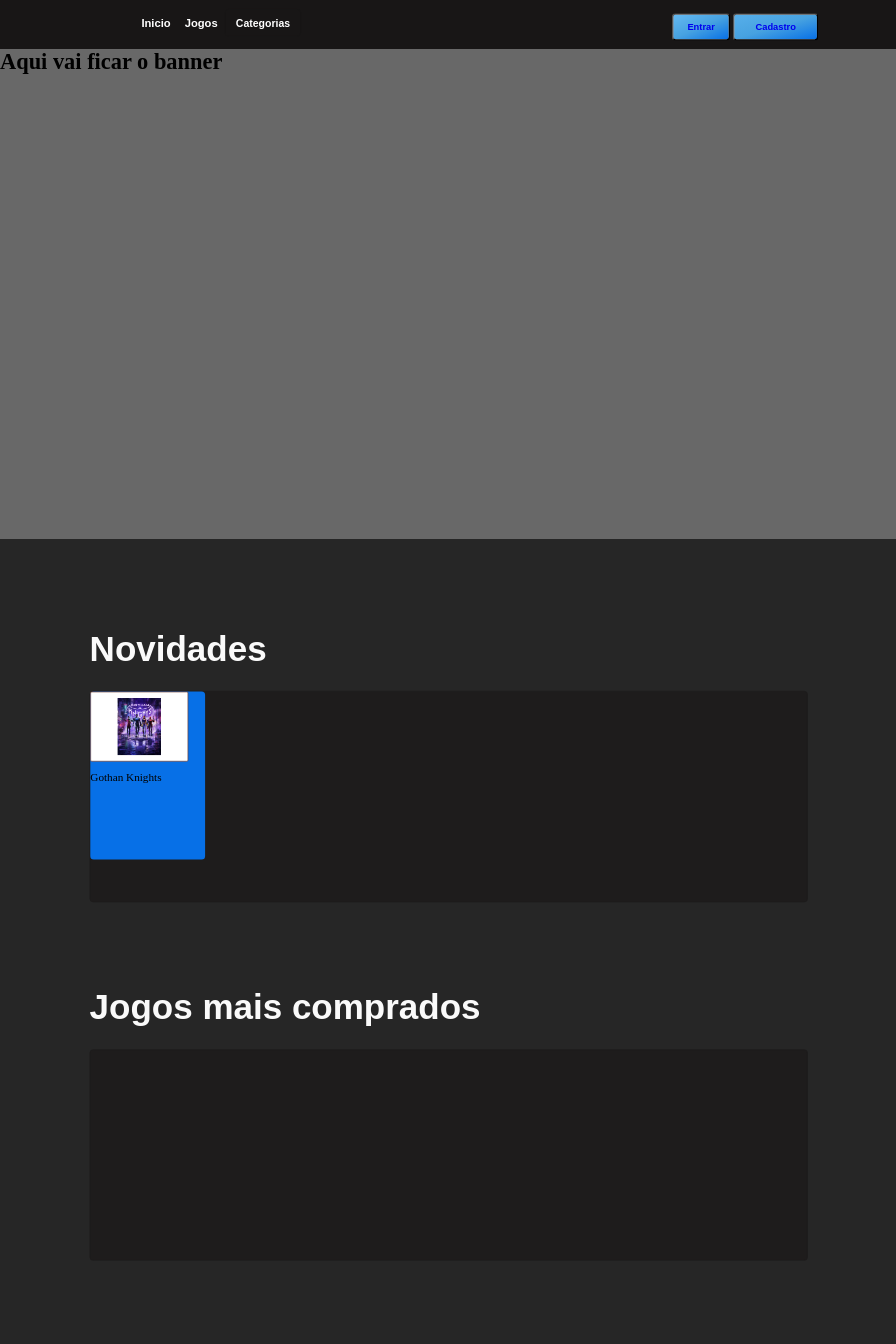
Repository: MarcoantonioCaldeira/Projeto-Go-Gamming
Page: /
These files come from the project's save history. The page is drawn as it stood at one moment and after the next save; the edit follows.
The browser window is 1280 px wide. The pictures show the part of the page from y = 0 to 1920 px (the page is 3570 px tall), at 70% of full size.
The project was rebuilt for these pictures with package versions that can differ from the ones it lists, and the page was loaded fresh each time. Also part of the build but not shown: src/pages/Jogos/Jogos.js, src/pages/Categorias/Acao.js, src/pages/Categorias/Aventura.js, src/pages/Categorias/Arcades.js, src/pages/Categorias/Familia.js, src/pages/Categorias/Independentes.js, src/pages/Categorias/Jogos_RPG.js, src/pages/Categorias/Gratuitos.js and 4 more.

Above is the page before, as saved 2023-02-13 19:45:54.

After the next save:
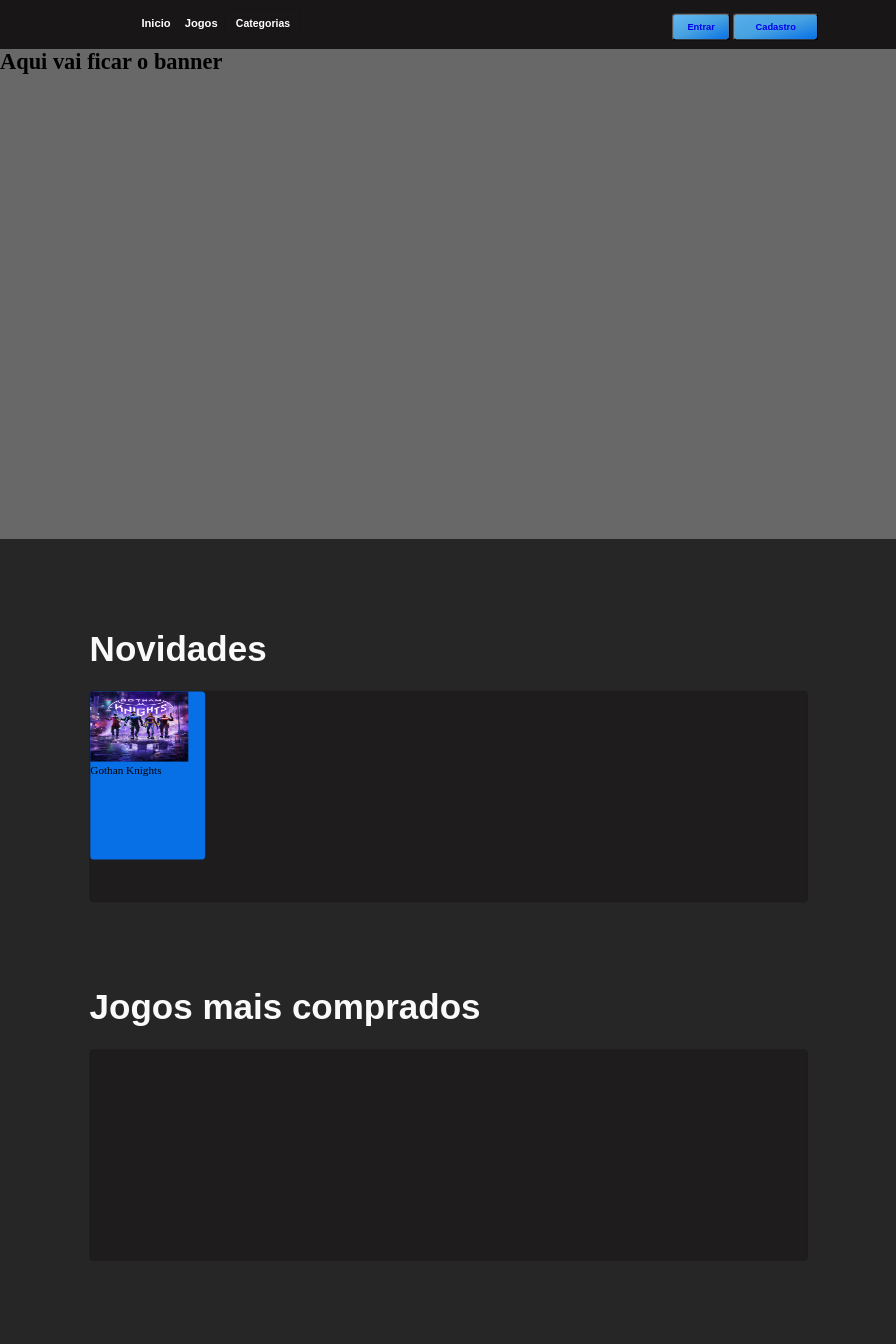
Saved 70 s later.
--- a/src/pages/Item_Jogo/estilo.css
+++ b/src/pages/Item_Jogo/estilo.css
@@ -8,12 +8,7 @@
 .imagemJogo{
     width: 140px;
     height: 100px;
-    background-color: #fff;
-    object-fit: contain;
-    border-radius: 2px;
-    border: 1px solid #734136;
-    box-sizing: border-box;
-    margin-bottom: 10px;
-    padding: 8px;
-    flex: 1;
+
+
+
 }
